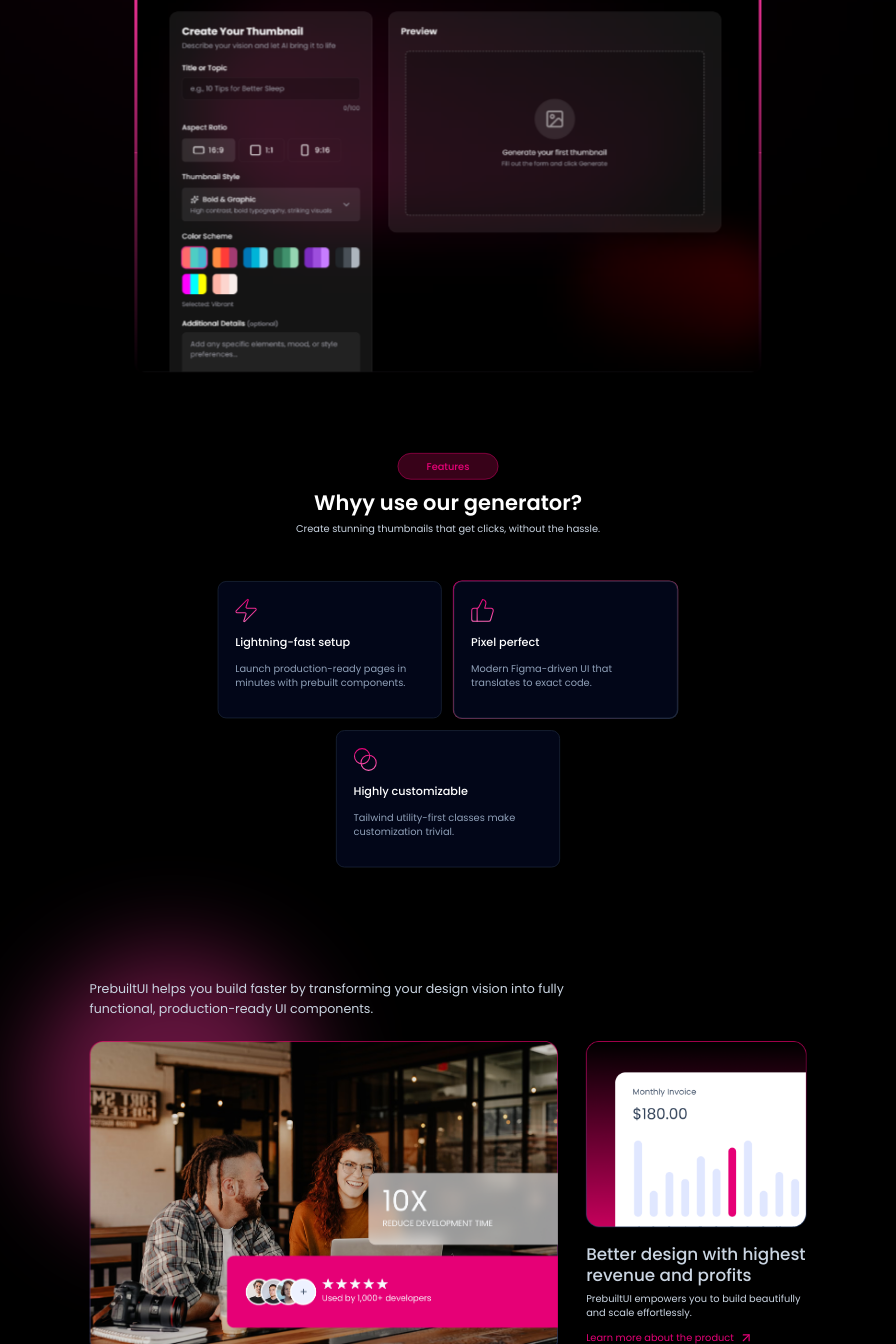
Repository: abhiraj33181/Thumblify
Page: / (app in client/)
These files come from the project's save history. The page is drawn as it stood at one moment and after the next save; the edit follows.
The browser window is 1280 px wide. The pictures show the part of the page from y = 693 to 2613 px (the page is 5450 px tall), at 70% of full size.
The project was rebuilt for these pictures with package versions that can differ from the ones it lists, and the page was loaded fresh each time. Also part of the build but not shown: client/vite.config.ts.

Above is the page before, as saved 2026-01-08 09:35:07.

### client/index.html
<!doctype html>
<html lang="en">

<head>
    <meta charset="UTF-8" />
    <link rel="icon" href="/favicon.svg" type="image/x-icon" />
    <meta name="viewport" content="width=device-width, initial-scale=1.0" />
    <title>Thumblify - AI Thumbnail Generator</title>
</head>

<body>
    <div id="root"></div>
    <script type="module" src="/src/main.jsx"></script>
</body>

</html>

### client/src/main.tsx
import { createRoot } from 'react-dom/client'
import App from './App.js'
import { BrowserRouter } from 'react-router-dom'

createRoot(document.getElementById('root')!).render(
    <BrowserRouter>
        <App />
    </BrowserRouter>,
)

### client/src/App.tsx
import { Route, Routes } from "react-router-dom";
import HomePage from "./pages/HomePage";
import Navbar from "./components/Navbar";
import Footer from "./components/Footer";
import "./globals.css";
import LenisScroll from "./components/LenisScroll";

export default function App() {
    return (
        <>
            <LenisScroll />
            <Navbar />
            <Routes>
                <Route path="/" element={<HomePage />} />
            </Routes>
            <Footer />
        </>
    );
}

### client/src/pages/HomePage.tsx
import HeroSection from "../sections/HeroSection";
import FeaturesSection from "../sections/FeaturesSection";
import TestimonialSection from "../sections/TestimonialSection";
import PricingSection from "../sections/PricingSection";
import ContactSection from "../sections/ContactSection";
import CTASection from "../sections/CTASection";

export default function HomePage() {
    return (
        <>
            <HeroSection />
            <FeaturesSection />
            <TestimonialSection />
            <PricingSection />
            <ContactSection />
            <CTASection />
        </>
    );
}

### client/src/globals.css
@import url('https://fonts.googleapis.com/css2?family=Poppins:ital,wght@0,100;0,200;0,300;0,400;0,500;0,600;0,700;0,800;0,900;1,100;1,200;1,300;1,400;1,500;1,600;1,700;1,800;1,900&display=swap');
@import "tailwindcss";

@theme {
    --font-poppins: "Poppins", sans-serif;
}

body {
    @apply bg-black text-white text-sm antialiased font-poppins;
}

body::selection {
    @apply bg-pink-600 text-white;
}

button {
    @apply cursor-pointer;
}

.move-gradient {
    background-image: linear-gradient(to right, var(--color-pink-500), var(--color-pink-300));
    background-size: 200% 100%;
    animation: movegradient 5s infinite;
}

@keyframes movegradient {
    0% {
        background-position: 0% 50%;
    }
    50% {
        background-position: 100% 50%;
    }
    100% {
        background-position: 0% 50%;
    }
}

### client/src/components/LenisScroll.tsx
import { useEffect } from "react";
import Lenis from "lenis";

export default function LenisScroll() {
    useEffect(() => {
        const lenis = new Lenis({
            duration: 1.2,
            smoothWheel: true,
            anchors: {
                offset: -100,
            },
        });

        const raf = (time: number) => {
            lenis.raf(time);
            requestAnimationFrame(raf);
        };

        requestAnimationFrame(raf);

        return () => {
            lenis.destroy();
        };
    }, []);

    return null;
}

### client/src/sections/TestimonialSection.tsx
import SectionTitle from "../components/SectionTitle";
import TestimonialCard from "../components/TestimonialCard";
import { testimonialsData } from "../data/testimonial";
import type { ITestimonial } from "../types";
import Marquee from "react-fast-marquee";

export default function TestimonialSection() {
    return (
        <div id="testimonials" className="px-4 md:px-16 lg:px-24 xl:px-32">
            <SectionTitle text1="Testimonials" text2="Don't just take our words" text3="Hear what our users say about us. We're always looking for ways to improve. If you have a positive experience with us, leave a review." />

            <Marquee className="max-w-5xl mx-auto mt-11" gradient={true} speed={25} gradientColor="#000">
                <div className="flex items-center justify-center py-5 overflow-hidden">
                    {[...testimonialsData, ...testimonialsData].map((testimonial: ITestimonial, index: number) => (
                        <TestimonialCard key={index} index={index} testimonial={testimonial} />
                    ))}
                </div>
            </Marquee>
            <Marquee className="max-w-5xl mx-auto" gradient={true} speed={25} direction="right" gradientColor="#000">
                <div className="flex items-center justify-center py-5 overflow-hidden">
                    {[...testimonialsData, ...testimonialsData].map((testimonial: ITestimonial, index: number) => (
                        <TestimonialCard key={index} index={index} testimonial={testimonial} />
                    ))}
                </div>
            </Marquee>

        </div>
    );
}

### client/src/sections/PricingSection.tsx
'use client'
import SectionTitle from "../components/SectionTitle"
import { pricingData } from "../data/pricing";
import type { IPricing } from "../types";
import { CheckIcon } from "lucide-react";
import { motion } from "motion/react";

export default function PricingSection() {
    return (
        <div id="pricing" className="px-4 md:px-16 lg:px-24 xl:px-32">
            <SectionTitle text1="Pricing" text2="Our Pricing Plans" text3="Flexible pricing options designed to meet your needs — whether you're just getting started or scaling up." />

            <div className="flex flex-wrap items-center justify-center gap-8 mt-20">
                {pricingData.map((plan: IPricing, index: number) => (
                    <motion.div key={index} className={`w-72 text-center border border-pink-950 p-6 pb-16 rounded-xl ${plan.mostPopular ? 'bg-pink-950 relative' : 'bg-pink-950/30'}`}
                        initial={{ y: 150, opacity: 0 }}
                        whileInView={{ y: 0, opacity: 1 }}
                        viewport={{ once: true }}
                        transition={{ delay: index * 0.15, type: "spring", stiffness: 320, damping: 70, mass: 1 }}
                    >
                        {plan.mostPopular && (
                            <p className="absolute px-3 text-sm -top-3.5 left-3.5 py-1 bg-pink-400 rounded-full">Most Popular</p>
                        )}
                        <p className="font-semibold">{plan.name}</p>
                        <h1 className="text-3xl font-semibold">${plan.price}<span className="text-gray-500 font-normal text-sm">/{plan.period}</span></h1>
                        <ul className="list-none text-slate-300 mt-6 space-y-2">
                            {plan.features.map((feature, index) => (
                                <li key={index} className="flex items-center gap-2">
                                    <CheckIcon className="size-4.5 text-pink-600" />
                                    <p>{feature}</p>
                                </li>
                            ))}
                        </ul>
                        <button type="button" className={`w-full py-2.5 rounded-md font-medium mt-7 transition-all ${plan.mostPopular ? 'bg-white text-pink-600 hover:bg-slate-200' : 'bg-pink-500 hover:bg-pink-600'}`}>
                            Get Started
                        </button>
                    </motion.div>
                ))}
            </div>
        </div>
    );
}

### client/src/sections/CTASection.tsx
'use client'
import { motion } from "motion/react";

export default function CTASection() {
    return (
        <motion.div className="max-w-5xl py-16 mt-40 md:pl-20 md:w-full max-md:mx-4 md:mx-auto flex flex-col md:flex-row max-md:gap-6 items-center justify-between text-left bg-linear-to-b from-pink-900 to-pink-950 rounded-2xl p-6 text-white"
            initial={{ y: 150, opacity: 0 }}
            whileInView={{ y: 0, opacity: 1 }}
            viewport={{ once: true }}
            transition={{ type: "spring", stiffness: 320, damping: 70, mass: 1 }}
        >
            <div>
                <motion.h1 className="text-4xl md:text-[46px] md:leading-15 font-semibold bg-linear-to-r from-white to-pink-400 text-transparent bg-clip-text"
                    initial={{ y: 80, opacity: 0 }}
                    whileInView={{ y: 0, opacity: 1 }}
                    viewport={{ once: true }}
                    transition={{ type: "spring", stiffness: 280, damping: 70, mass: 1 }}
                >
                    Ready to try-out this app?
                </motion.h1>
                <motion.p className="bg-linear-to-r from-white to-pink-400 text-transparent bg-clip-text text-lg"
                    initial={{ y: 80, opacity: 0 }}
                    whileInView={{ y: 0, opacity: 1 }}
                    viewport={{ once: true }}
                    transition={{ type: "spring", stiffness: 200, damping: 70, mass: 1 }}
                >
                    Your next favourite tool is just one click away.
                </motion.p>
            </div>
            <motion.button className="px-12 py-3 text-slate-800 bg-white hover:bg-slate-200 rounded-full text-sm mt-4"
                initial={{ y: 80, opacity: 0 }}
                whileInView={{ y: 0, opacity: 1 }}
                viewport={{ once: true }}
                transition={{ type: "spring", stiffness: 280, damping: 70, mass: 1 }}
            >
                Get Started
            </motion.button>
        </motion.div>
    );
}

### client/src/data/footer.ts
import type { IFooter } from "../types";

export const footerData: IFooter[] = [
    {
        title: "Product",
        links: [
            { name: "Home", href: "#" },
            { name: "Support", href: "#support" },
            { name: "Pricing", href: "#pricing" },
            { name: "Affiliate", href: "#affiliate" },
        ]
    },
    {
        title: "Resources",
        links: [
            { name: "Company", href: "#company" },
            { name: "Blogs", href: "#blogs" },
            { name: "Community", href: "#community" },
            { name: "Careers", href: "#careers" },
            { name: "About", href: "#about" },
        ]
    },
    {
        title: "Legal",
        links: [
            { name: "Privacy", href: "#privacy" },
            { name: "Terms", href: "#terms" },
        ]
    }
];

### client/src/components/TiltImage.tsx
import { useRef, useState } from 'react';
import { motion, useMotionValue, useSpring } from 'motion/react';

const springValues = {
    damping: 30,
    stiffness: 100,
    mass: 2
};

export default function TiltedImage({ rotateAmplitude = 3, }) {
    const ref = useRef<HTMLDivElement>(null);
    const x = useMotionValue(0);
    const y = useMotionValue(0);
    const rotateX = useSpring(useMotionValue(0), springValues);
    const rotateY = useSpring(useMotionValue(0), springValues);
    const rotateFigcaption = useSpring(0, { stiffness: 350, damping: 30, mass: 1 });

    const [lastY, setLastY] = useState(0);

    function handleMouse(e: any) {
        if (!ref.current) return;

        const rect = ref.current.getBoundingClientRect();
        const offsetX = e.clientX - rect.left - rect.width / 2;
        const offsetY = e.clientY - rect.top - rect.height / 2;

        const rotationX = (offsetY / (rect.height / 2)) * -rotateAmplitude;
        const rotationY = (offsetX / (rect.width / 2)) * rotateAmplitude;

        rotateX.set(rotationX);
        rotateY.set(rotationY);

        x.set(e.clientX - rect.left);
        y.set(e.clientY - rect.top);

        const velocityY = offsetY - lastY;
        rotateFigcaption.set(-velocityY * 0.6);
        setLastY(offsetY);
    }

    function handleMouseLeave() {
        rotateX.set(0);
        rotateY.set(0);
        rotateFigcaption.set(0);
    }

    return (
        <motion.figure ref={ref} className="relative w-full h-full perspective-midrange mt-16 max-w-4xl mx-auto flex flex-col items-center justify-center" onMouseMove={handleMouse} onMouseLeave={handleMouseLeave}
            initial={{ y: 150, opacity: 0 }}
            whileInView={{ y: 0, opacity: 1 }}
            viewport={{ once: true }}
            transition={{ type: "spring", stiffness: 320, damping: 70, mass: 1 }}
        >
            <motion.div className="relative transform-3d w-full max-w-4xl" style={{ rotateX, rotateY }} >
                <motion.img src="/hero_img.png"
                    className="borderb bg-linear-180 from-pink-500 to transparent p-1 w-full rounded-[15px] will-change-transform transform-[translateZ(0)]"
                    alt="hero section showcase"
                />
            </motion.div>
        </motion.figure>
    );
}

### client/src/components/SectionTitle.tsx
import type { SectionTitleProps } from "../types";
import { motion } from "motion/react";

export default function SectionTitle({ text1, text2, text3 }: SectionTitleProps) {
    return (
        <>
            <motion.p className="text-center font-medium text-pink-600 mt-28 px-10 py-2 rounded-full bg-pink-950/70 border border-pink-800 w-max mx-auto"
                initial={{ y: 120, opacity: 0 }}
                whileInView={{ y: 0, opacity: 1 }}
                viewport={{ once: true }}
                transition={{ type: "spring", stiffness: 320, damping: 70, mass: 1 }}
            >
                {text1}
            </motion.p>
            <motion.h3 className="text-3xl font-semibold text-center mx-auto mt-4"
                initial={{ y: 120, opacity: 0 }}
                whileInView={{ y: 0, opacity: 1 }}
                viewport={{ once: true }}
                transition={{ type: "spring", stiffness: 280, damping: 70, mass: 1 }}
            >
                {text2}
            </motion.h3>
            <motion.p className="text-slate-300 text-center mt-2 max-w-xl mx-auto"
                initial={{ y: 120, opacity: 0 }}
                whileInView={{ y: 0, opacity: 1 }}
                viewport={{ once: true }}
                transition={{ type: "spring", stiffness: 240, damping: 70, mass: 1 }}
            >
                {text3}
            </motion.p>
        </>
    );
}

### client/src/data/features.tsx
import type { IFeature } from "../types";

export const featuresData: IFeature[] = [
    {
        icon: (<svg width="31" height="34" viewBox="0 0 31 34" fill="none" xmlns="http://www.w3.org/2000/svg"><path d="M2.616 20.2a1.62 1.62 0 0 1-1.458-.91 1.59 1.59 0 0 1 .202-1.698L17.304 1.276a.806.806 0 0 1 1.385.736l-3.092 9.63a1.59 1.59 0 0 0 .765 1.978c.231.12.488.182.749.18h11.273a1.62 1.62 0 0 1 1.458.91 1.59 1.59 0 0 1-.202 1.698L13.696 32.724a.807.807 0 0 1-1.385-.736l3.092-9.63a1.59 1.59 0 0 0-.765-1.978 1.6 1.6 0 0 0-.748-.18z" stroke="url(#a)" strokeWidth="1.5" strokeLinecap="round" strokeLinejoin="round" /><defs><linearGradient id="a" x1="15.5" y1="1" x2="15.5" y2="33" gradientUnits="userSpaceOnUse"><stop stopColor="#E60076" /><stop offset="1" stopColor="#FB64B6" /></linearGradient></defs></svg>),
        title: "Lightning-fast setup",
        description: "Launch production-ready pages in minutes with prebuilt components.",
    },
    {
        icon: (<svg width="33" height="34" viewBox="0 0 33 34" fill="none" xmlns="http://www.w3.org/2000/svg"><path d="M8.617 13.777V32.43" stroke="url(#a)" strokeWidth="1.5" strokeLinecap="round" strokeLinejoin="round" /><path d="m21.066 7.377-1.554 6.404h9.062a3.107 3.107 0 0 1 2.984 3.979l-3.621 12.435a3.11 3.11 0 0 1-2.985 2.238H3.968A3.11 3.11 0 0 1 .86 29.325V16.89a3.11 3.11 0 0 1 3.11-3.11h4.29a3.11 3.11 0 0 0 2.782-1.725l5.362-10.71a4.866 4.866 0 0 1 4.663 6.032" stroke="url(#b)" strokeWidth="1.5" strokeLinecap="round" strokeLinejoin="round" /><defs><linearGradient id="a" x1="9.117" y1="13.777" x2="9.117" y2="32.43" gradientUnits="userSpaceOnUse"><stop stopColor="#E60076" /><stop offset="1" stopColor="#FB64B6" /></linearGradient><linearGradient id="b" x1="16.271" y1="1.346" x2="16.271" y2="32.433" gradientUnits="userSpaceOnUse"><stop stopColor="#E60076" /><stop offset="1" stopColor="#FB64B6" /></linearGradient></defs></svg>),
        title: "Pixel perfect",
        description: "Modern Figma-driven UI that translates to exact code.",
    },
    {
        icon: (<svg width="34" height="34" viewBox="0 0 34 34" fill="none" xmlns="http://www.w3.org/2000/svg"><path d="M12.278 23.072c6 0 10.864-4.864 10.864-10.863 0-6-4.864-10.863-10.864-10.863S1.414 6.209 1.414 12.209s4.864 10.863 10.864 10.863" stroke="url(#a)" strokeWidth="1.5" strokeLinecap="round" strokeLinejoin="round" /><path d="M21.583 32.383c6 0 10.863-4.864 10.863-10.864s-4.864-10.863-10.863-10.863c-6 0-10.864 4.864-10.864 10.863 0 6 4.864 10.864 10.864 10.864" stroke="url(#b)" strokeWidth="1.5" strokeLinecap="round" strokeLinejoin="round" /><defs><linearGradient id="a" x1="12.278" y1="1.346" x2="12.278" y2="23.072" gradientUnits="userSpaceOnUse"><stop stopColor="#E60076" /><stop offset="1" stopColor="#FB64B6" /></linearGradient><linearGradient id="b" x1="21.582" y1="10.656" x2="21.582" y2="32.383" gradientUnits="userSpaceOnUse"><stop stopColor="#E60076" /><stop offset="1" stopColor="#FB64B6" /></linearGradient></defs></svg>),
        title: "Highly customizable",
        description: "Tailwind utility-first classes make customization trivial.",
    }
];

### client/src/data/testimonial.ts
import type { ITestimonial } from "../types";

export const testimonialsData: ITestimonial[] = [
    {
        image: 'https://images.unsplash.com/photo-1633332755192-727a05c4013d?q=80&w=200',
        name: 'Sophia Carter',
        handle: '@sophiacodes',
        date: 'February 14, 2025',
        quote: 'This SaaS app has completely streamlined our onboarding process. What used to take hours now takes minutes!',
    },
    {
        image: 'https://images.unsplash.com/photo-1535713875002-d1d0cf377fde?q=80&w=200',
        name: 'Ethan Walker',
        handle: '@ethanwrites',
        date: 'March 3, 2025',
        quote: 'We’ve tried several tools, but nothing comes close in terms of speed and simplicity. Absolute game-changer.',
    },
    {
        image: 'https://images.unsplash.com/photo-1527980965255-d3b416303d12?w=200&auto=format&fit=crop&q=60',
        name: 'Maya Patel',
        handle: '@mayapatel',
        date: 'April 22, 2025',
        quote: 'The automation features alone have saved our team countless hours every week. Worth every penny.',
    },
    {
        image: 'https://images.unsplash.com/photo-1522075469751-3a6694fb2f61?w=200&auto=format&fit=crop&q=60',
        name: 'Liam Brooks',
        handle: '@liambrooks',
        date: 'May 18, 2025',
        quote: 'Setup was ridiculously easy. Within 10 minutes, we were running live and onboarding our first customers.',
    },
];

### client/src/data/pricing.ts
import type { IPricing } from "../types";

export const pricingData: IPricing[] = [
    {
        name: "Basic",
        price: 29,
        period: "month",
        features: [
            "Access to all basic courses",
            "Community support",
            "10 practice projects",
            "Course completion certificate",
            "Basic code review"
        ],
        mostPopular: false
    },
    {
        name: "Pro",
        price: 79,
        period: "month",
        features: [
            "Access to all Pro courses",
            "Priority community support",
            "30 practice projects",
            "Course completion certificate",
            "Advance code review",
            "1-on-1 mentoring sessions",
            "Job assistance"
        ],
        mostPopular: true
    },
    {
        name: "Enterprise",
        price: 199,
        period: "month",
        features: [
            "Access to all courses",
            "Dedicated support",
            "Unlimited projects",
            "Course completion certificate",
            "Premium code review"
        ],
        mostPopular: false
    }
];

Loaded but not shown: client/src/sections/FeaturesSection.tsx (69 lines, source omitted); client/src/sections/HeroSection.tsx (79 lines, source omitted); client/src/components/Footer.tsx (59 lines, source omitted); client/src/sections/ContactSection.tsx (59 lines, source omitted); client/src/components/Navbar.tsx (52 lines, source omitted); client/src/components/TestimonialCard.tsx (29 lines, source omitted)

After the next save:
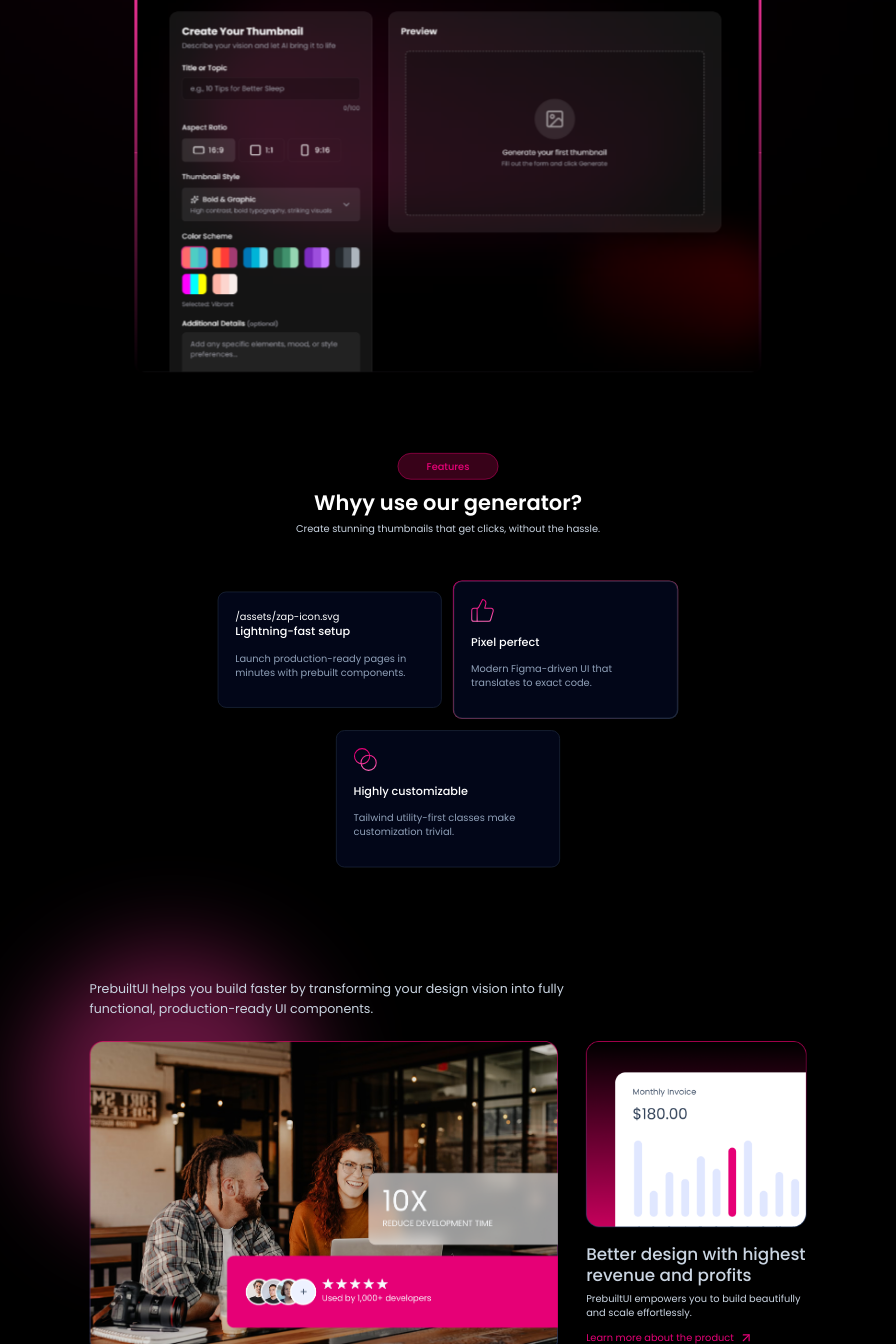
Saved 69 s later.
--- a/client/src/data/features.tsx
+++ b/client/src/data/features.tsx
@@ -2,7 +2,7 @@ import type { IFeature } from "../types";
 
 export const featuresData: IFeature[] = [
     {
-        icon: (<svg width="31" height="34" viewBox="0 0 31 34" fill="none" xmlns="http://www.w3.org/2000/svg"><path d="M2.616 20.2a1.62 1.62 0 0 1-1.458-.91 1.59 1.59 0 0 1 .202-1.698L17.304 1.276a.806.806 0 0 1 1.385.736l-3.092 9.63a1.59 1.59 0 0 0 .765 1.978c.231.12.488.182.749.18h11.273a1.62 1.62 0 0 1 1.458.91 1.59 1.59 0 0 1-.202 1.698L13.696 32.724a.807.807 0 0 1-1.385-.736l3.092-9.63a1.59 1.59 0 0 0-.765-1.978 1.6 1.6 0 0 0-.748-.18z" stroke="url(#a)" strokeWidth="1.5" strokeLinecap="round" strokeLinejoin="round" /><defs><linearGradient id="a" x1="15.5" y1="1" x2="15.5" y2="33" gradientUnits="userSpaceOnUse"><stop stopColor="#E60076" /><stop offset="1" stopColor="#FB64B6" /></linearGradient></defs></svg>),
+        icon: "/assets/zap-icon.svg",
         title: "Lightning-fast setup",
         description: "Launch production-ready pages in minutes with prebuilt components.",
     },
